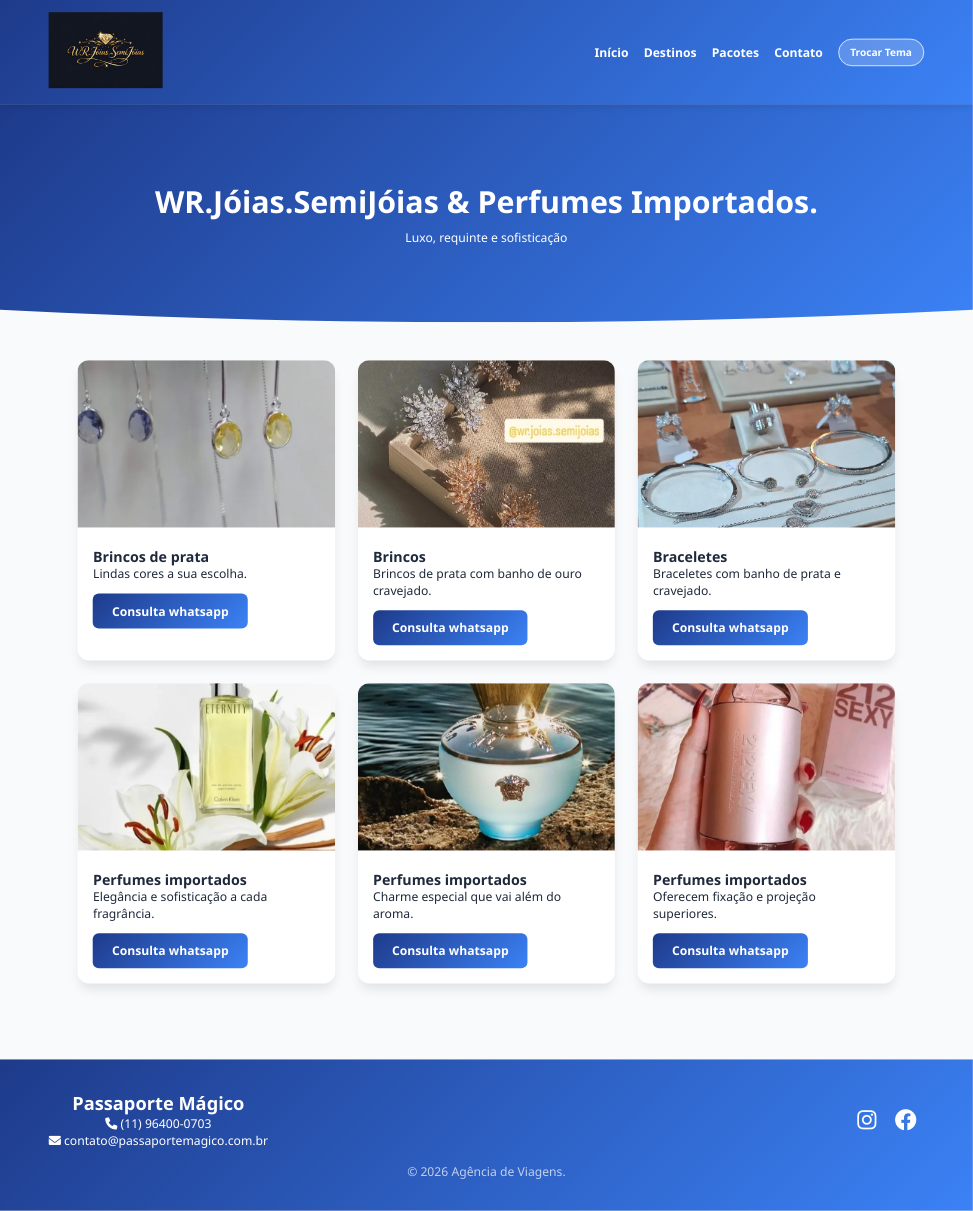
Repository: Sandro1969-tech/joias-perfumes
Page: index.html
The author's editor kept a copy of each file at every save. The page is drawn from the files as they stood at one save, then again after a run of saves.
The browser window is 1280 px wide. The pictures show the whole page, at 76% of full size.

Above is the page before, as saved 2026-01-28 15:34:45.

After the next 2 saves:
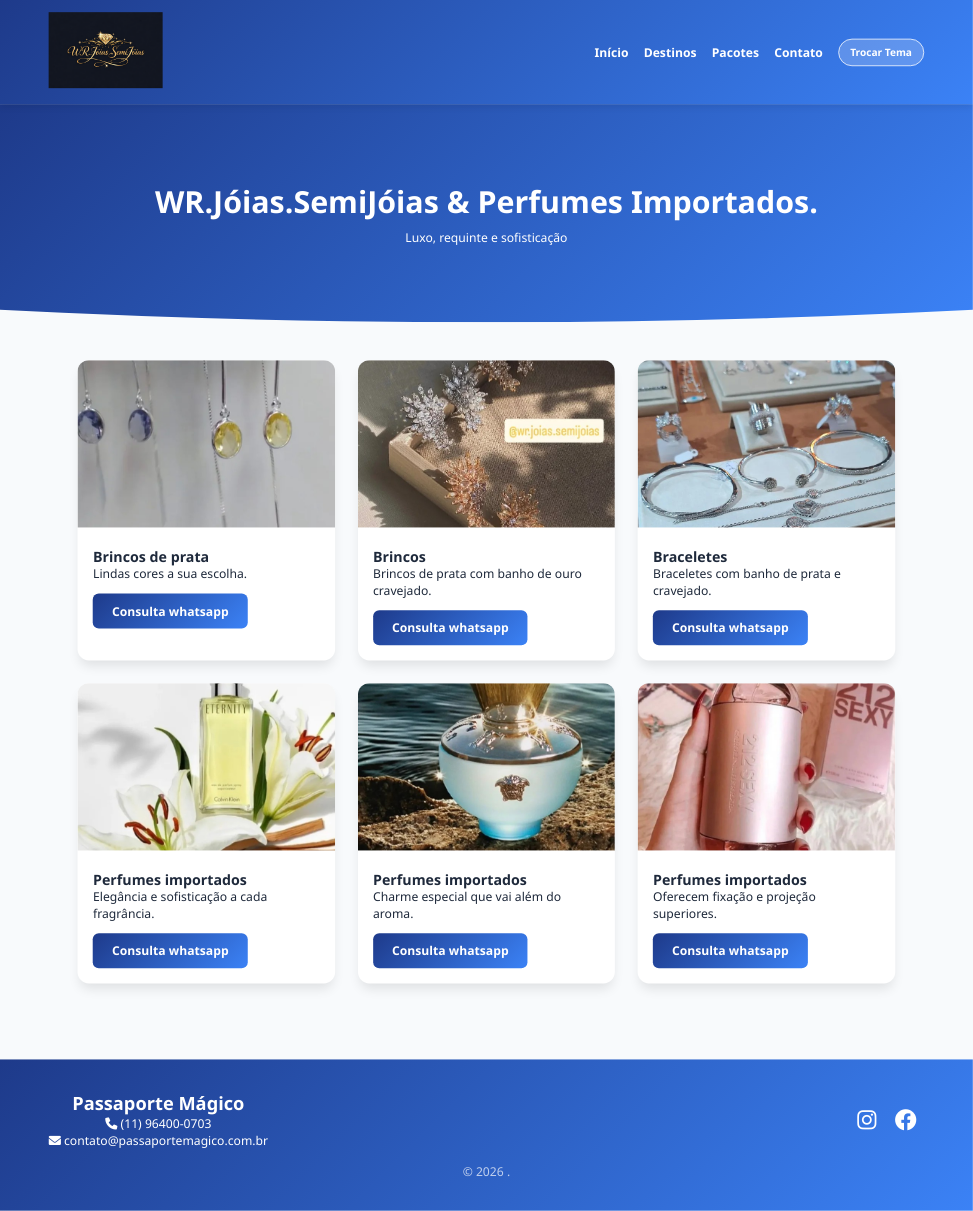
The 2 saves are shown as one change because they came seconds apart.
The last was saved 12 s later.
--- a/index.html
+++ b/index.html
@@ -238,7 +238,7 @@
                 <a href="#" class="social-icon"><i class="fab fa-facebook"></i></a>
             </div>
         </div>
-        <p style="margin-top:20px; opacity:0.7;">&copy; 2026 Agência de Viagens.</p>
+        <p style="margin-top:20px; opacity:0.7;">&copy; 2026 .</p>
     </footer>
 
     <script>
